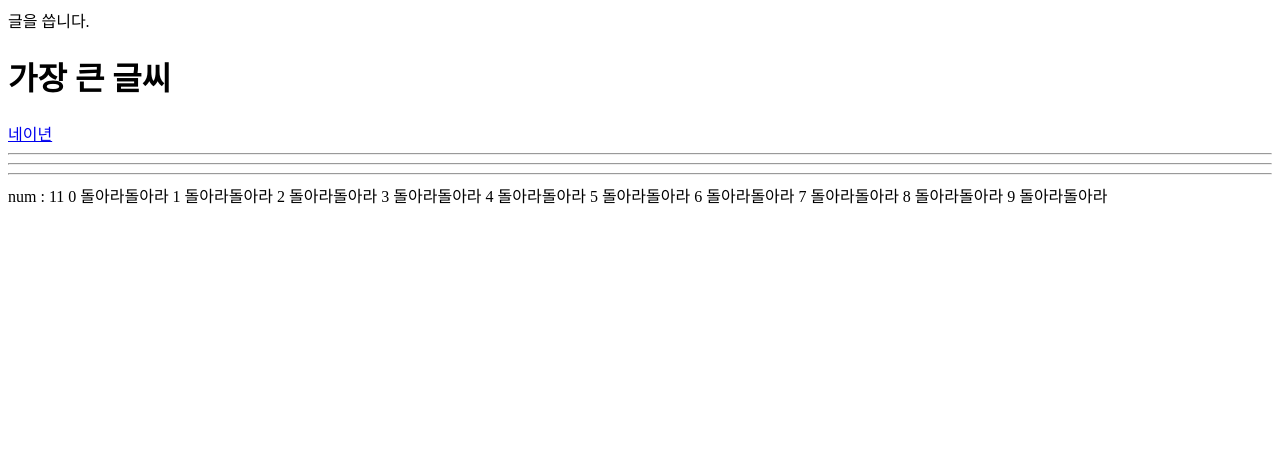
Repository: popll1/Pleiades
Page: http://localhost/jun261/
These files come from the project's save history. The page is drawn as it stood at one moment and after the next save; the edit follows.
The browser window is 1280 px wide. The pictures show the whole page.
The page is served by Tomcat 9.

Above is the page before, as saved 2023-06-26 05:28:29.

### jun261/src/main/webapp/index.jsp
<%@ page language="java" contentType="text/html; charset=utf-8"
	pageEncoding="UTF-8"%>
<!DOCTYPE html>
<html>
<head>
<meta charset="메타몽">
<title>네이년 : 이년의 검색</title>
</head>
<body>
	글을 씁니다.
	<br>
	<h1>가장 큰 글씨</h1>
	<a href="https://www.naver.com">네이년</a>
	<%
	//여기는 자바입니다.
	int num = 10;
	num += 1;
	%>
	<hr><hr><hr>
	num : <%=num%>

	<%
	for(int i = 0 ; i < 10; i++){
%>
       <%= i %>  돌아라돌아라
<%
}
%>

</body>
</html>

After the next save:
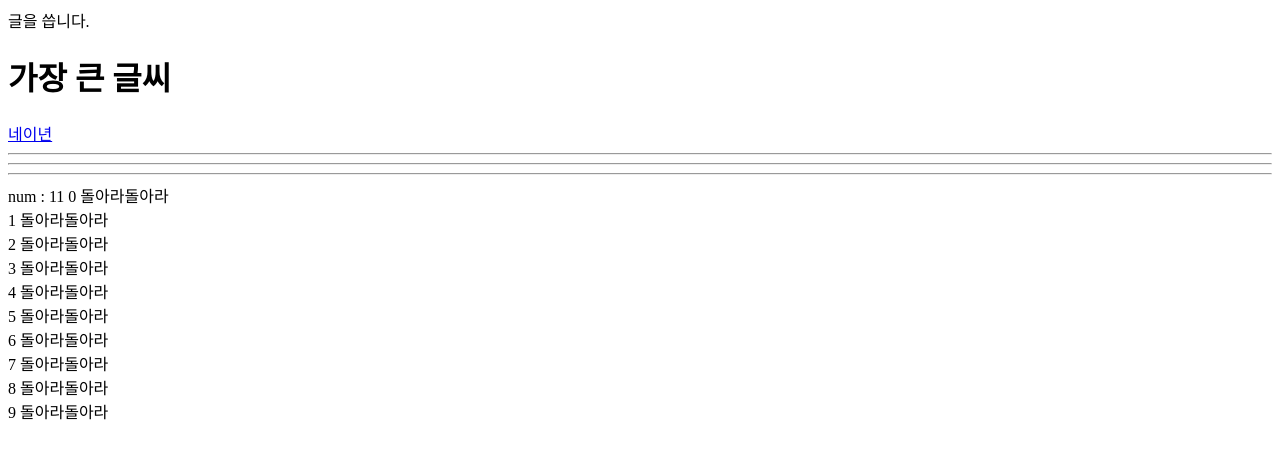
Saved 17 s later.
--- a/jun261/src/main/webapp/index.jsp
+++ b/jun261/src/main/webapp/index.jsp
@@ -22,7 +22,7 @@
 	<%
 	for(int i = 0 ; i < 10; i++){
 %>
-       <%= i %>  돌아라돌아라
+       <%= i %>  돌아라돌아라<br>
 <%
 }
 %>
